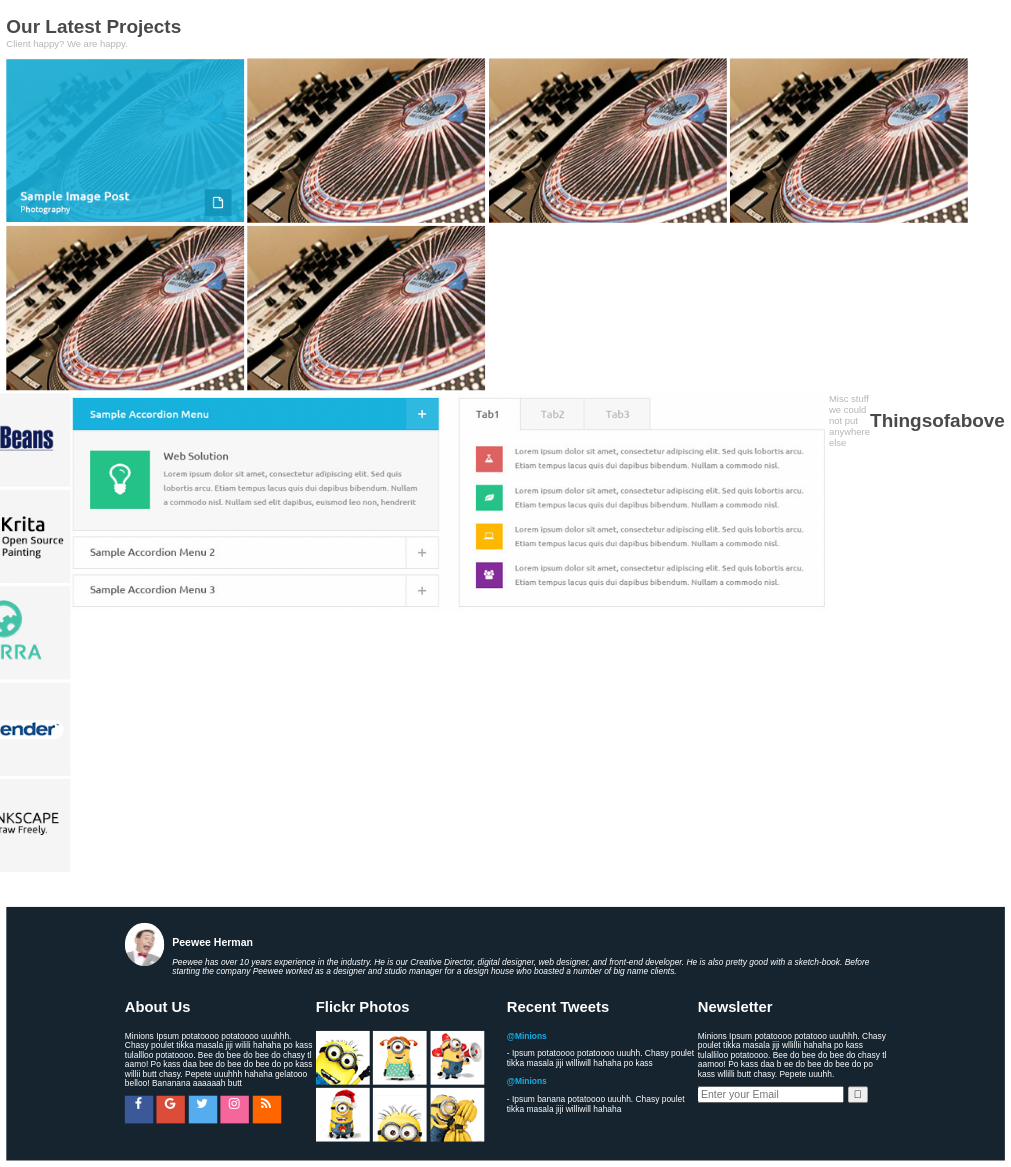
Repository: atran02/project1
Page: index.html
These files come from the project's save history. The page is drawn as it stood at one moment and after the next save; the edit follows.
The browser window is 1280 px wide. The pictures show the whole page, at 79% of full size.

Above is the page before, as saved 2022-01-28 22:47:57.

After the next save:
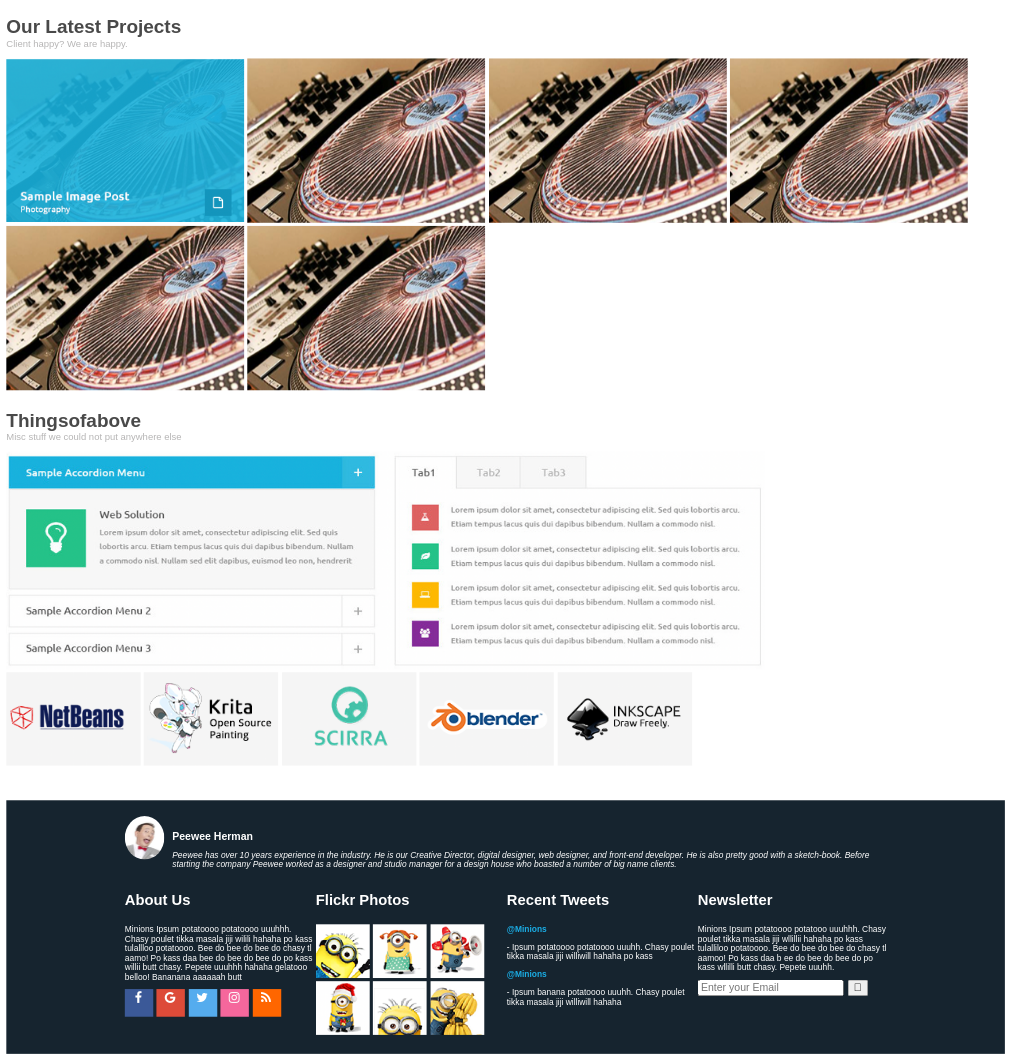
Saved 9 s later.
--- a/css/metrolics.css
+++ b/css/metrolics.css
@@ -19,7 +19,7 @@
 /* Thingsofabove */
 .Thingsofabove {
     display: flex;
-    flex-direction: row-reverse;
+    flex-direction: column;
     align-content: center;
 }
 
